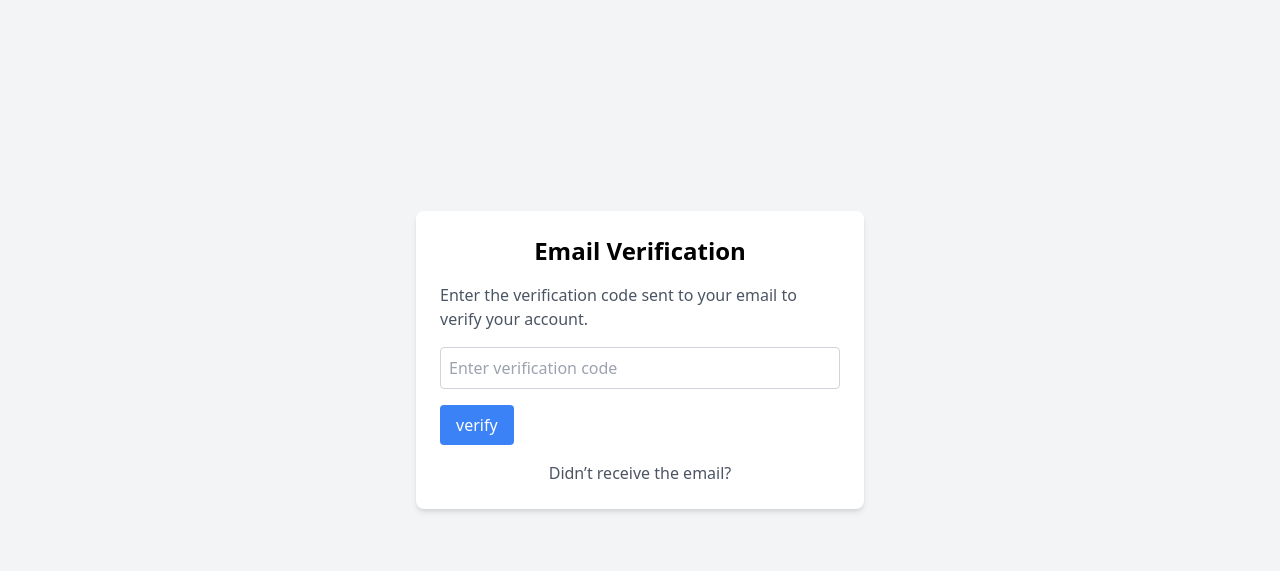
Repository: makanda596/system
Page: /email-verification (app in client/)
The author's editor kept a copy of each file at every save. The page is drawn from the files as they stood at one save, then again after the next save.
The browser window is 1280 px wide. The pictures show the whole page.
The page's requests for data from a server got no answer. The project was rebuilt for these pictures with package versions that can differ from the ones it lists, and the page was loaded fresh each time. No one was signed in, and anything a server would have sent is missing. Also part of the build but not shown: client/src/componets/Hero.jsx, client/src/componets/Navbar.jsx, client/src/componets/Footer.jsx, client/src/Home.jsx, client/src/SignUpForm.jsx, client/src/LoginForm.jsx, client/src/Pages/Dashboard.jsx, client/src/Pages/Payments.jsx and 6 more. Imported but missing from the stored project, and not drawn on this page: client/src/reportWebVitals.

Above is the page before, as saved 2024-12-10 17:50:12.

After the next save:
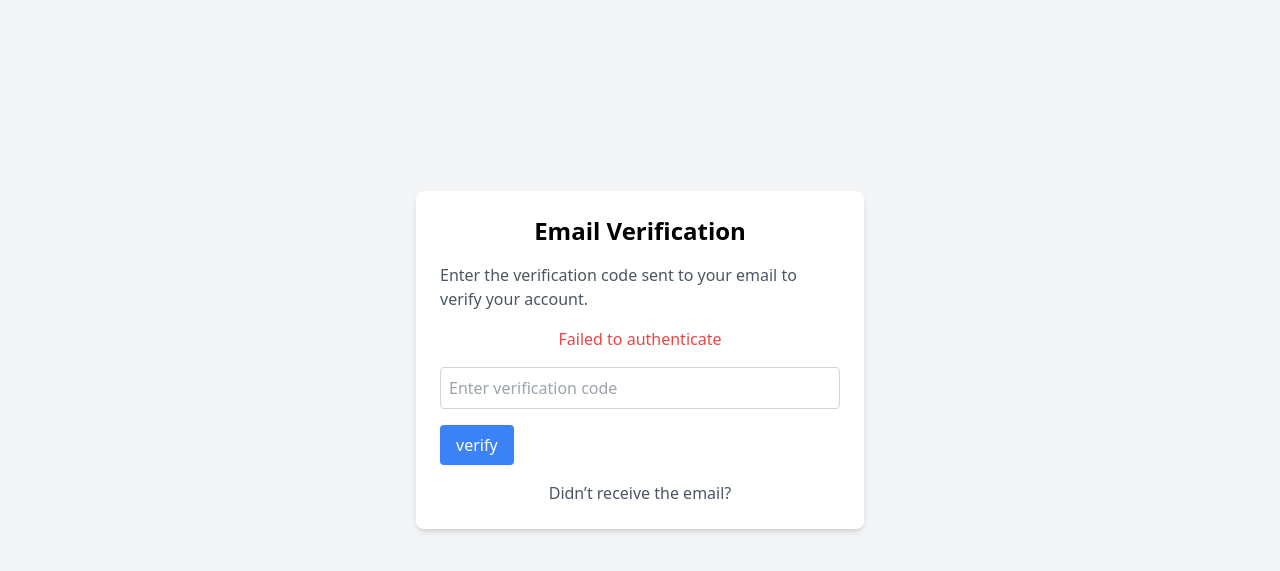
Saved 51 s later.
--- a/client/src/store/authStore.js
+++ b/client/src/store/authStore.js
@@ -99,11 +99,12 @@ export const useAuthStore = create((set) => ({ //a one argument and a callback f
             })
             set({ user: response.data.user, isAuthenticated: true, isCheckingAuth: false });
         } catch (error) {
-            console.error("Error in checkAuth: ", error);
-            localStorage.removeItem("token"); // Clear invalid token
-            set({ isAuthenticated: false, isCheckingAuth: false });
+            set({
+                isAuthenticated: false,
+                isCheckingAuth: false,
+                error: error.response?.data?.message || "Failed to authenticate",
+            });
         }
-
     }
 }))
 
